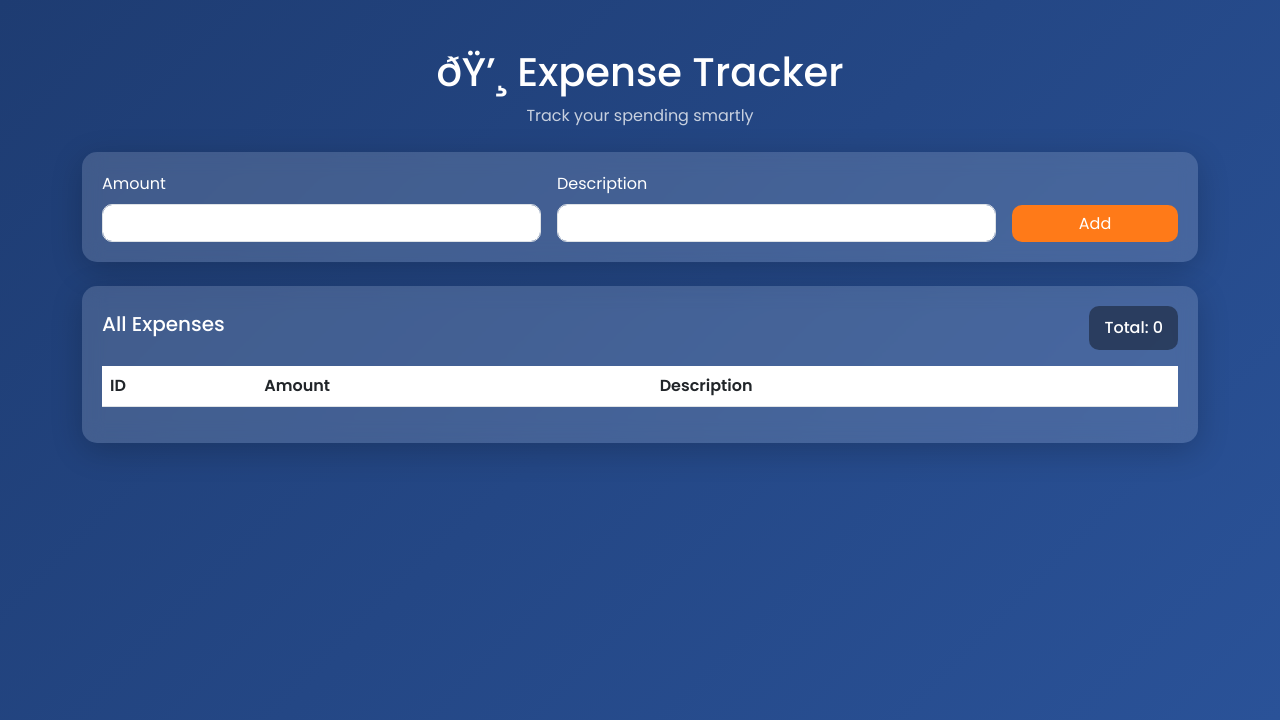
Repository: TejasChoudhary1996/expense-microservices
Page: http://localhost/ui-service/WEB-INF/jsp/home.jsp
These files come from the project's save history. The page is drawn as it stood at one moment and after the next save; the edit follows.
The browser window is 1280 px wide. The pictures show the whole page.
The page is served by Tomcat 10. Nobody is signed in. Other server files are loaded and not shown. The template is opened directly, without the code that normally fills it, so the values that code supplies are empty.

Above is the page before, as saved 2026-03-23 21:08:32.

### ui-service/src/main/webapp/WEB-INF/jsp/home.jsp
<%@ taglib prefix="c" uri="jakarta.tags.core" %>
<!DOCTYPE html>
<html>
<head>
    <title>Expense Tracker</title>

    <!-- Bootstrap -->
    <link href="https://cdn.jsdelivr.net/npm/bootstrap@5.3.0/dist/css/bootstrap.min.css" rel="stylesheet">

    <!-- Google Font -->
    <link href="https://fonts.googleapis.com/css2?family=Poppins:wght@300;400;500;600&display=swap" rel="stylesheet">

    <meta name="viewport" content="width=device-width, initial-scale=1">

    <style>
        body {
            font-family: 'Poppins', sans-serif;
            background: linear-gradient(135deg, #1e3c72, #2a5298);
            min-height: 100vh;
        }

        .glass-card {
            background: rgba(255, 255, 255, 0.15);
            border-radius: 15px;
            backdrop-filter: blur(10px);
            padding: 20px;
            color: white;
            box-shadow: 0 8px 32px rgba(0,0,0,0.2);
        }

        .form-control {
            border-radius: 10px;
        }

        .btn-primary {
            border-radius: 10px;
            background: #ff7a18;
            border: none;
        }

        .btn-primary:hover {
            background: #ff5e00;
        }

        table {
            color: white;
        }

        .table thead {
            background: rgba(0,0,0,0.4);
        }

        .table tbody tr:hover {
            background: rgba(255,255,255,0.1);
        }

        .total-box {
            background: rgba(0,0,0,0.4);
            padding: 10px 15px;
            border-radius: 10px;
            font-weight: 500;
        }
    </style>
</head>

<body>

<div class="container py-5">

    <!-- Header -->
    <div class="text-center text-white mb-4">
        <h1>💸 Expense Tracker</h1>
        <p class="opacity-75">Track your spending smartly</p>
    </div>

    <!-- Form -->
    <div class="glass-card mb-4">
        <form action="save" method="post" class="row g-3">

            <div class="col-md-5">
                <label class="form-label">Amount</label>
                <input type="number" step="0.01" name="amount" class="form-control" required>
            </div>

            <div class="col-md-5">
                <label class="form-label">Description</label>
                <input type="text" name="description" class="form-control" required>
            </div>

            <div class="col-md-2 d-grid">
                <label class="form-label invisible">Add</label>
                <button type="submit" class="btn btn-primary">Add</button>
            </div>

        </form>
    </div>

    <!-- Expense Table -->
    <div class="glass-card">

        <div class="d-flex justify-content-between align-items-center mb-3">
            <h5>All Expenses</h5>

            <!-- Total -->
            <div class="total-box">
                Total:
                <c:set var="total" value="0" />
                <c:forEach var="e" items="${expenses}">
                    <c:set var="total" value="${total + e.amount}" />
                </c:forEach>
                ${total}
            </div>
        </div>

        <div class="table-responsive">
            <table class="table align-middle">

                <thead>
                    <tr>
                        <th>ID</th>
                        <th>Amount</th>
                        <th>Description</th>
                    </tr>
                </thead>

                <tbody>
                    <c:forEach var="e" items="${expenses}">
                        <tr>
                            <td>${e.id}</td>
                            <td>${e.amount}</td>
                            <td>${e.description}</td>
                        </tr>
                    </c:forEach>
                </tbody>

            </table>
        </div>

    </div>

</div>

</body>
</html>

After the next save:
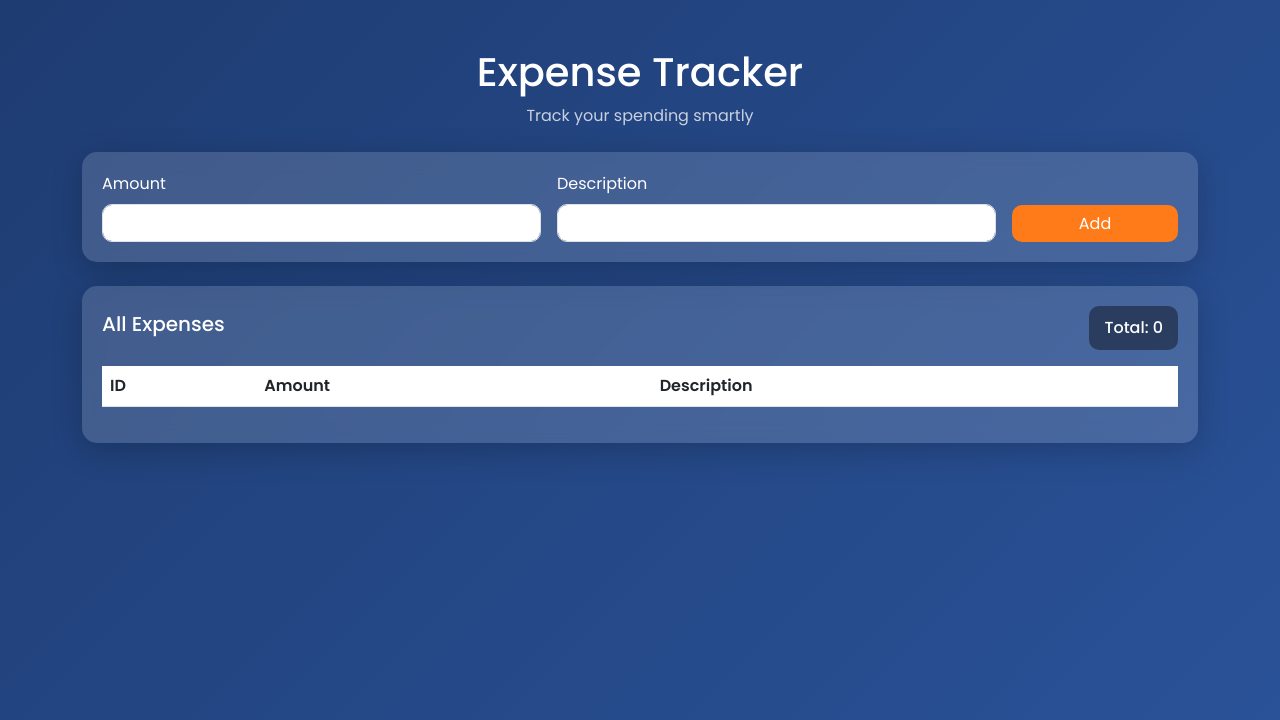
Saved 8 s later.
--- a/ui-service/src/main/webapp/WEB-INF/jsp/home.jsp
+++ b/ui-service/src/main/webapp/WEB-INF/jsp/home.jsp
@@ -69,7 +69,7 @@
 
     <!-- Header -->
     <div class="text-center text-white mb-4">
-        <h1>💸 Expense Tracker</h1>
+        <h1>Expense Tracker</h1>
         <p class="opacity-75">Track your spending smartly</p>
     </div>
 
